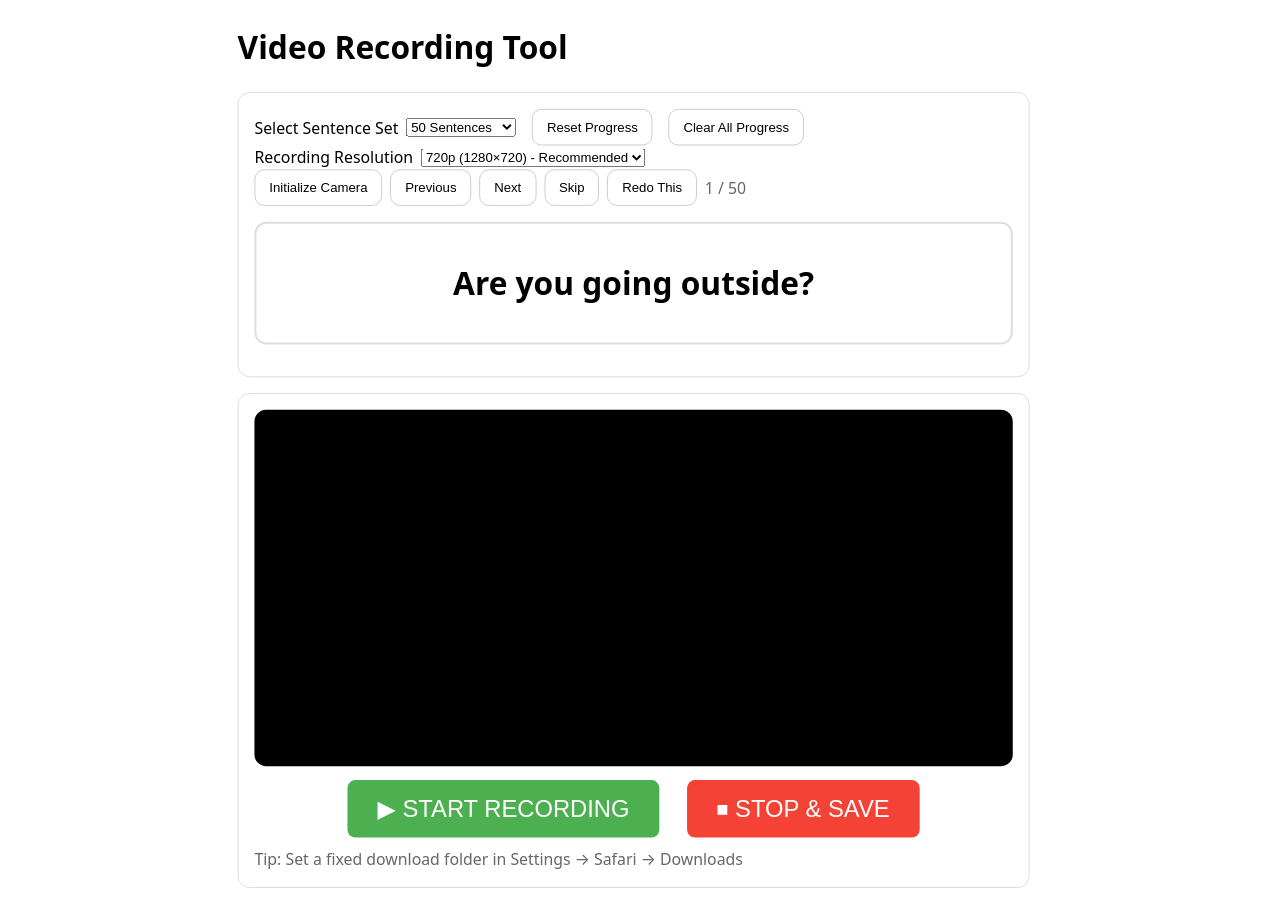
Repository: video2speech/video2speech.github.io
Page: index.html
These files come from the project's save history. The page is drawn as it stood at one moment and after the next save; the edit follows.
The browser window is 1280 px wide. The pictures show the whole page, at 99% of full size.

Above is the page before, as saved 2025-09-04 06:24:41.

After the next save:
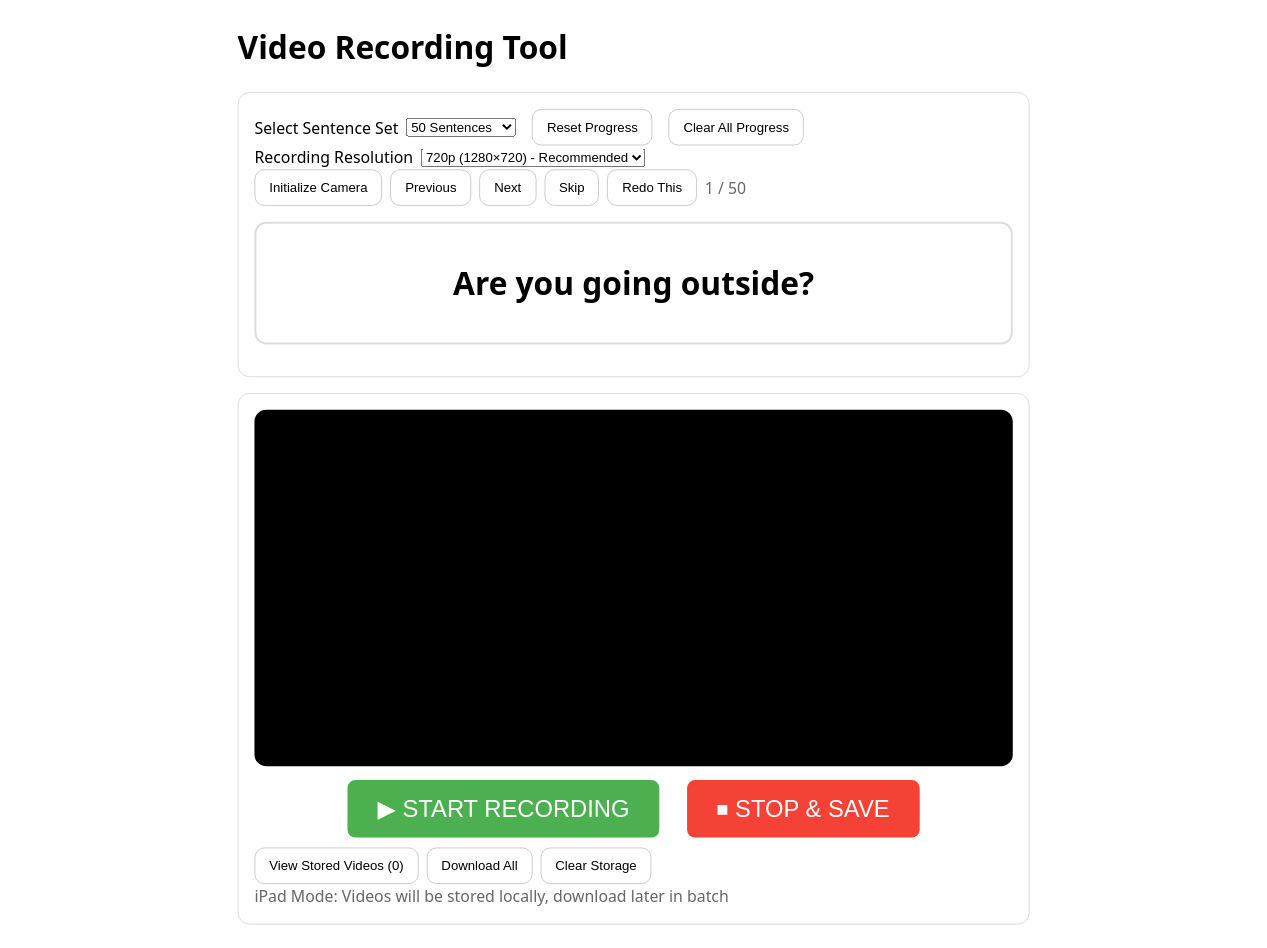
Saved 8 s later.
--- a/index.html
+++ b/index.html
@@ -57,14 +57,14 @@
       <div id="recordingStatus" style="font-size: 1.2rem; font-weight: bold; color: #f44336; display: none;">🔴 RECORDING IN PROGRESS</div>
     </div>
     <div class="row">
-      <button id="viewStored" style="display:none">View Stored Videos (0)</button>
-      <button id="downloadAll" style="display:none">Download All</button>
-      <button id="clearAll" style="display:none">Clear Storage</button>
+      <button id="viewStored">View Stored Videos (0)</button>
+      <button id="downloadAll">Download All</button>
+      <button id="clearAll">Clear Storage</button>
       <span class="muted" id="resolutionInfo"></span>
       <span class="muted" id="storageInfo"></span>
     </div>
     <div class="row">
-      <span class="muted" id="downloadTip">Tip: Set a fixed download folder in Settings → Safari → Downloads</span>
+      <span class="muted" id="downloadTip">iPad Mode: Videos will be stored locally, download later in batch</span>
     </div>
   </div>
 
